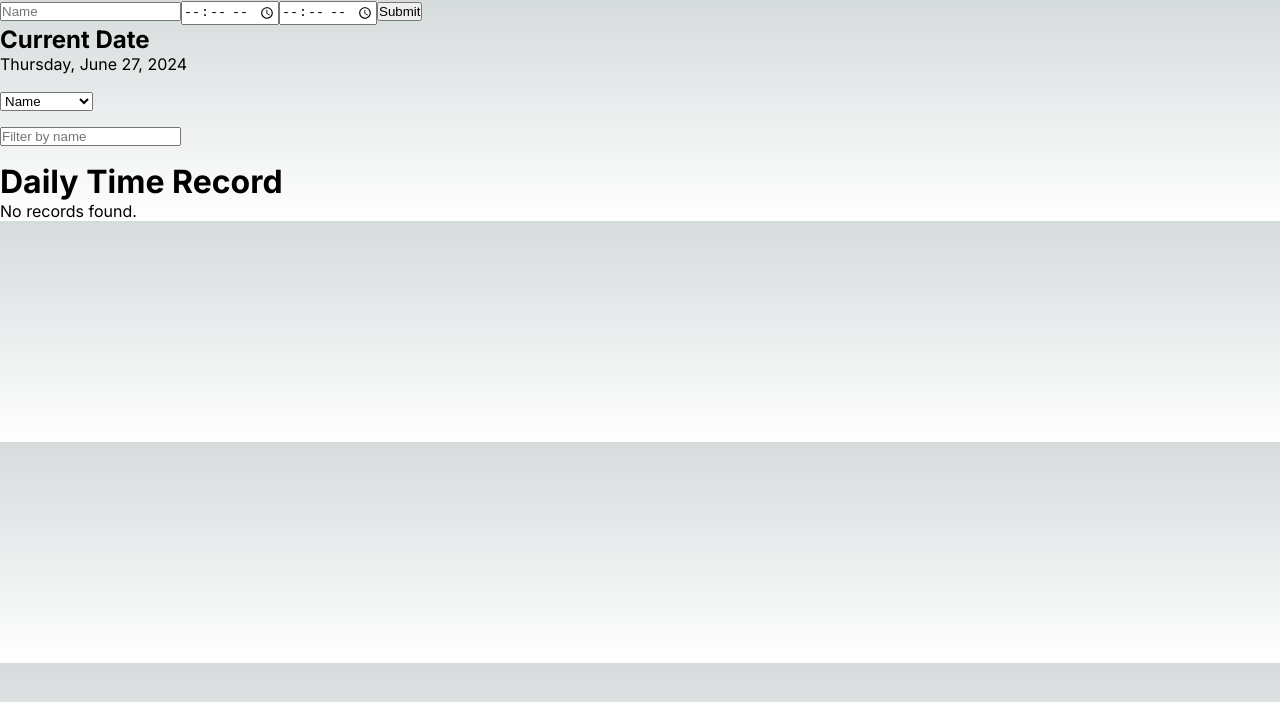
Repository: EeeeeEyyyy/daily_time_record
Page: /
These files come from the project's save history. The page is drawn as it stood at one moment and after a run of saves; the edit follows.
The browser window is 1280 px wide. The pictures show the whole page.
The project was rebuilt for these pictures with package versions that can differ from the ones it lists, and the page was loaded fresh each time. The framework's server and built-in components were replaced by stand-ins that run in the browser. Also part of the build but not shown: next.config.mjs.

Above is the page before, as saved 2024-06-27 14:01:29.

### src/app/layout.js
import { Inter } from "next/font/google";
import "./globals.css";

const inter = Inter({ subsets: ["latin"] });

export const metadata = {
  title: "Daily Time Record",
  description: "Generated by create next app",
};

export default function RootLayout({ children }) {
  return (
    <html lang="en">
      <body className={inter.className}>{children}</body>
    </html>
  );
}

### src/app/page.js
"use client";

import React, { useEffect, useState } from 'react';

const DailyTimeRecord = () => {
  const [data, setData] = useState([]);
  const [name, setName] = useState('');
  const [arrivalTime, setArrivalTime] = useState('');
  const [timeOut, setTimeOut] = useState('');
  const [date, setDate] = useState('');
  const [errors, setErrors] = useState({ name: '', arrivalTime: '', timeOut: '' });
  const [filter, setFilter] = useState('');
  const [filterType, setFilterType] = useState('name');
  const [editIndex, setEditIndex] = useState(null);

  useEffect(() => {
    const storedData = JSON.parse(localStorage.getItem('user')) || [];
    setData(storedData);
    setDate(getCurrentDate());
  }, []);

  const getCurrentDate = () => {
    const now = new Date();
    return now.toLocaleDateString('en-US', {
      weekday: 'long',
      year: 'numeric',
      month: 'long',
      day: 'numeric'
    });
  };

  const formatTime = (time) => {
    const [hour, minute] = time.split(':');
    const hourInt = parseInt(hour);
    const ampm = hourInt >= 12 ? 'PM' : 'AM';
    const formattedHour = hourInt % 12 || 12;
    return `${formattedHour}:${minute} ${ampm}`;
  };

  const handleChangeName = (value) => {
    setName(value);
  };

  const handleChangeArrivalTime = (value) => {
    setArrivalTime(value);
  };

  const handleChangeTimeOut = (value) => {
    setTimeOut(value);
  };

  const handleSubmit = () => {
    const newErrors = {
      name: name ? '' : 'Name is required',
      arrivalTime: arrivalTime ? '' : 'Arrival time is required',
      timeOut: timeOut ? '' : 'Time out is required'
    };

    if (newErrors.name || newErrors.arrivalTime || newErrors.timeOut) {
      setErrors(newErrors);
      return;
    }

    const payload = {
      name,
      date,
      arrivalTime: formatTime(arrivalTime),
      timeOut: formatTime(timeOut)
    };

    if (editIndex !== null) {
      const updatedData = data.map((item, index) =>
        index === editIndex ? payload : item
      );
      setData(updatedData);
      localStorage.setItem('user', JSON.stringify(updatedData));
      setEditIndex(null);
    } else {
      const updatedData = [...data, payload];
      setData(updatedData);
      localStorage.setItem('user', JSON.stringify(updatedData));
    }

    // Clear the input fields
    setName('');
    setArrivalTime('');
    setTimeOut('');
    setErrors({ name: '', arrivalTime: '', timeOut: '' });
  };

  const handleDelete = (index) => {
    const updatedData = data.filter((_, i) => i !== index);
    setData(updatedData);
    localStorage.setItem('user', JSON.stringify(updatedData));
  };

  const handleEdit = (index) => {
    const record = data[index];
    setName(record.name);
    setArrivalTime(record.arrivalTime);
    setTimeOut(record.timeOut);
    setEditIndex(index);
  };

  const handleFilterChange = (e) => {
    setFilter(e.target.value);
  };

  const handleFilterTypeChange = (e) => {
    setFilterType(e.target.value);
  };

  const filteredData = data.filter((item) => {
    const searchTerm = filter.toLowerCase();
    if (filterType === 'name') {
      return item.name.toLowerCase().includes(searchTerm);
    } else if (filterType === 'date') {
      return item.date.toLowerCase().includes(searchTerm);
    } else if (filterType === 'arrivalTime') {
      return item.arrivalTime.toLowerCase().includes(searchTerm);
    } else if (filterType === 'timeOut') {
      return item.timeOut.toLowerCase().includes(searchTerm);
    }
    return false;
  });

  return (
    <div>
      <input
        type="text"
        placeholder="Name"
        value={name}
        onChange={(e) => handleChangeName(e.target.value)}
      />
      {errors.name && <p style={{ color: 'red' }}>{errors.name}</p>}
      <input
        type="time"
        placeholder="Time of Arrival"
        value={arrivalTime}
        onChange={(e) => handleChangeArrivalTime(e.target.value)}
      />
      {errors.arrivalTime && <p style={{ color: 'red' }}>{errors.arrivalTime}</p>}
      <input
        type="time"
        placeholder="Time Out"
        value={timeOut}
        onChange={(e) => handleChangeTimeOut(e.target.value)}
      />
      {errors.timeOut && <p style={{ color: 'red' }}>{errors.timeOut}</p>}
      <button onClick={handleSubmit}>
        {editIndex !== null ? 'Update' : 'Submit'}
      </button>
<div>
          <h2>Current Date</h2>
        <p>{date}</p>
</div>
      <div style={{ marginTop: '1rem' }}>
        <select value={filterType} onChange={handleFilterTypeChange}>
          <option value="name">Name</option>
          <option value="date">Date</option>
          <option value="arrivalTime">Arrival Time</option>
          <option value="timeOut">Time Out</option>
        </select>
        <input
          type="text"
          placeholder={`Filter by ${filterType}`}
          value={filter}
          onChange={handleFilterChange}
          style={{ display: 'block', marginTop: '1rem' }}
        />
      </div>

      <div style={{ marginTop: '1rem' }}>
        <h1>Daily Time Record</h1>
        {filteredData.length > 0 ? (
          filteredData.map((item, index) => (
            <div key={index} style={{ marginBottom: '1rem' }}>
              <pre style={{ color: 'red' }}>
                Name: {item.name}<br />
                Date: {item.date}<br />
                Time of Arrival: {item.arrivalTime}<br />
                Time Out: {item.timeOut}
              </pre>
              <button onClick={() => handleEdit(index)}>Edit</button>
              <button onClick={() => handleDelete(index)}>Delete</button>
            </div>
          ))
        ) : (
          <p>No records found.</p>
        )}
      </div>
    </div>
  );
};
export default DailyTimeRecord;

Loaded but not shown: src/app/globals.css (common file)

After the next 2 saves:
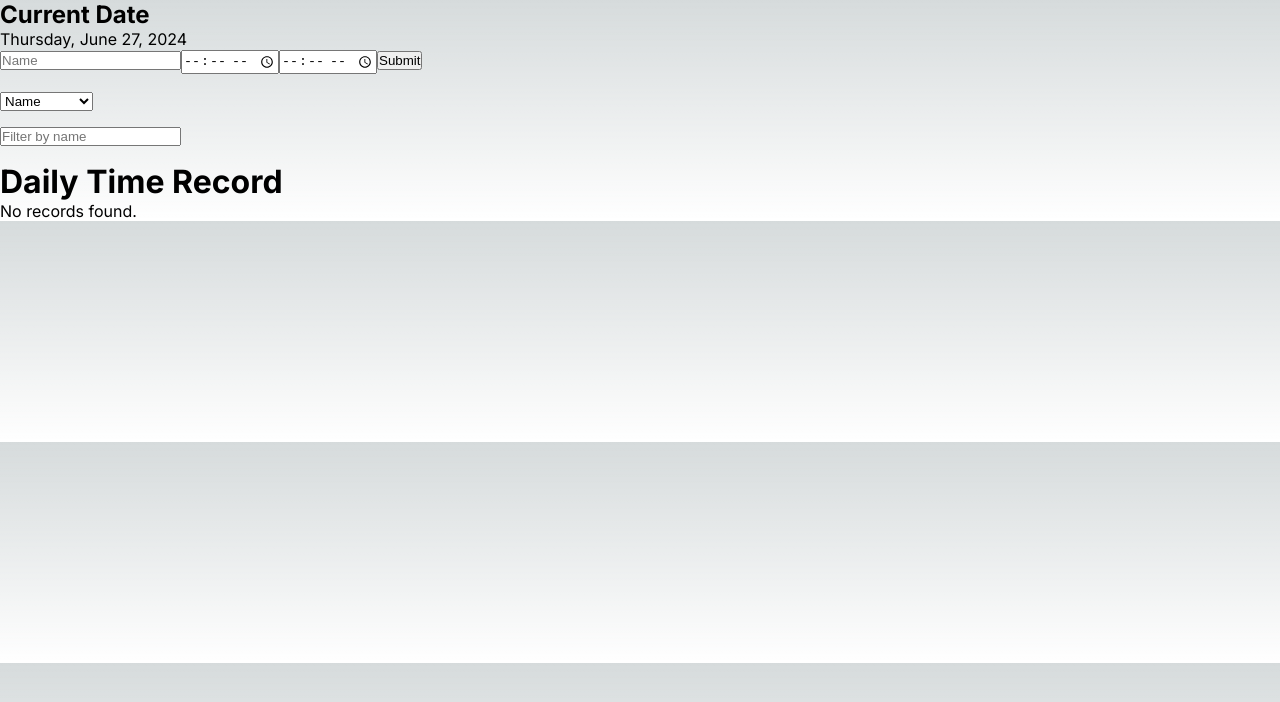
The 2 saves are shown as one change because 1 did not build or start.
The last was saved 34 s later.
--- a/src/app/page.js
+++ b/src/app/page.js
@@ -125,7 +125,12 @@ const DailyTimeRecord = () => {
   });
 
   return (
+
     <div>
+      <div>
+          <h2>Current Date</h2>
+        <p>{date}</p>
+</div>
       <input
         type="text"
         placeholder="Name"
@@ -150,10 +155,6 @@ const DailyTimeRecord = () => {
       <button onClick={handleSubmit}>
         {editIndex !== null ? 'Update' : 'Submit'}
       </button>
-<div>
-          <h2>Current Date</h2>
-        <p>{date}</p>
-</div>
       <div style={{ marginTop: '1rem' }}>
         <select value={filterType} onChange={handleFilterTypeChange}>
           <option value="name">Name</option>
